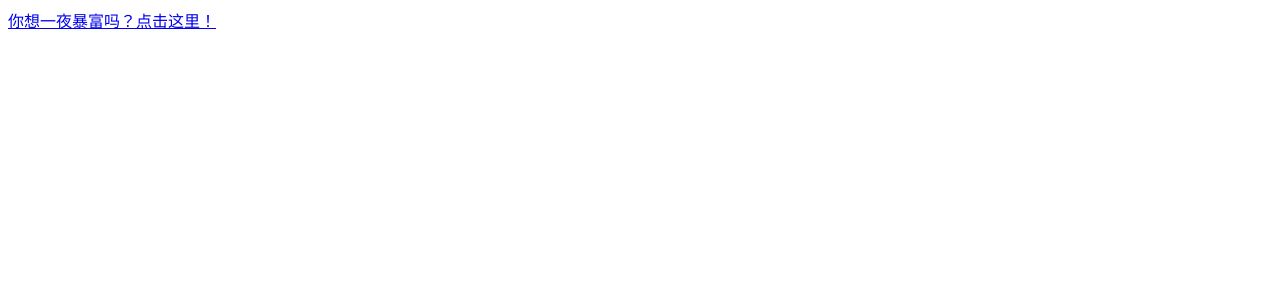
Repository: lqcoffical/basic-frontCode
Page: js/js引入.html
An editor plug-in stored every save of this project. The page is shown before and after the next save, followed by the edit.
The browser window is 1280 px wide. The pictures show the whole page.

Above is the page before, as saved 2019-10-23 10:11:31.

After the next save:
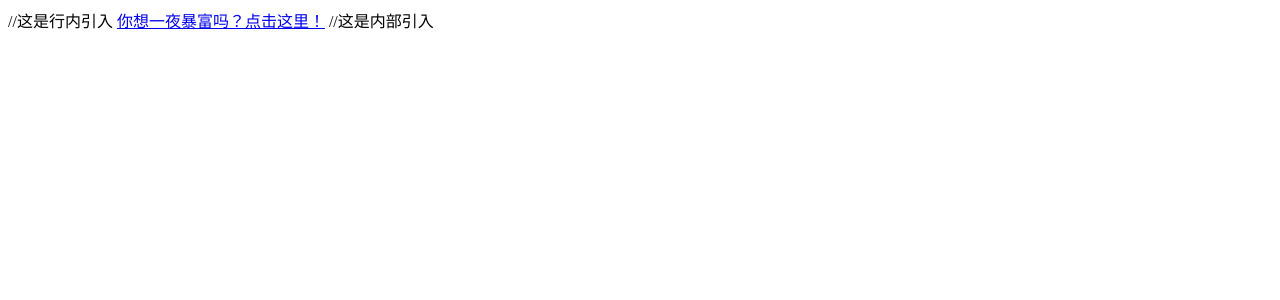
Console error: ReferenceError: 大傻屌 is not defined
Saved 5 min 4 s later.
--- a/js/js引入.html
+++ b/js/js引入.html
@@ -7,6 +7,14 @@
     <title>Document</title>
 </head>
 <body>
+    //这是行内引入
     <a href="javaScript:alert('那是不可能地！');">你想一夜暴富吗？点击这里！</a>
+    //这是内部引入
+    <script>
+        alert(大傻屌);
+    </script>
+    <script>
+        alert(害他妈戴眼镜呢，我徒弟呢！);
+    </script>
 </body>
 </html>
